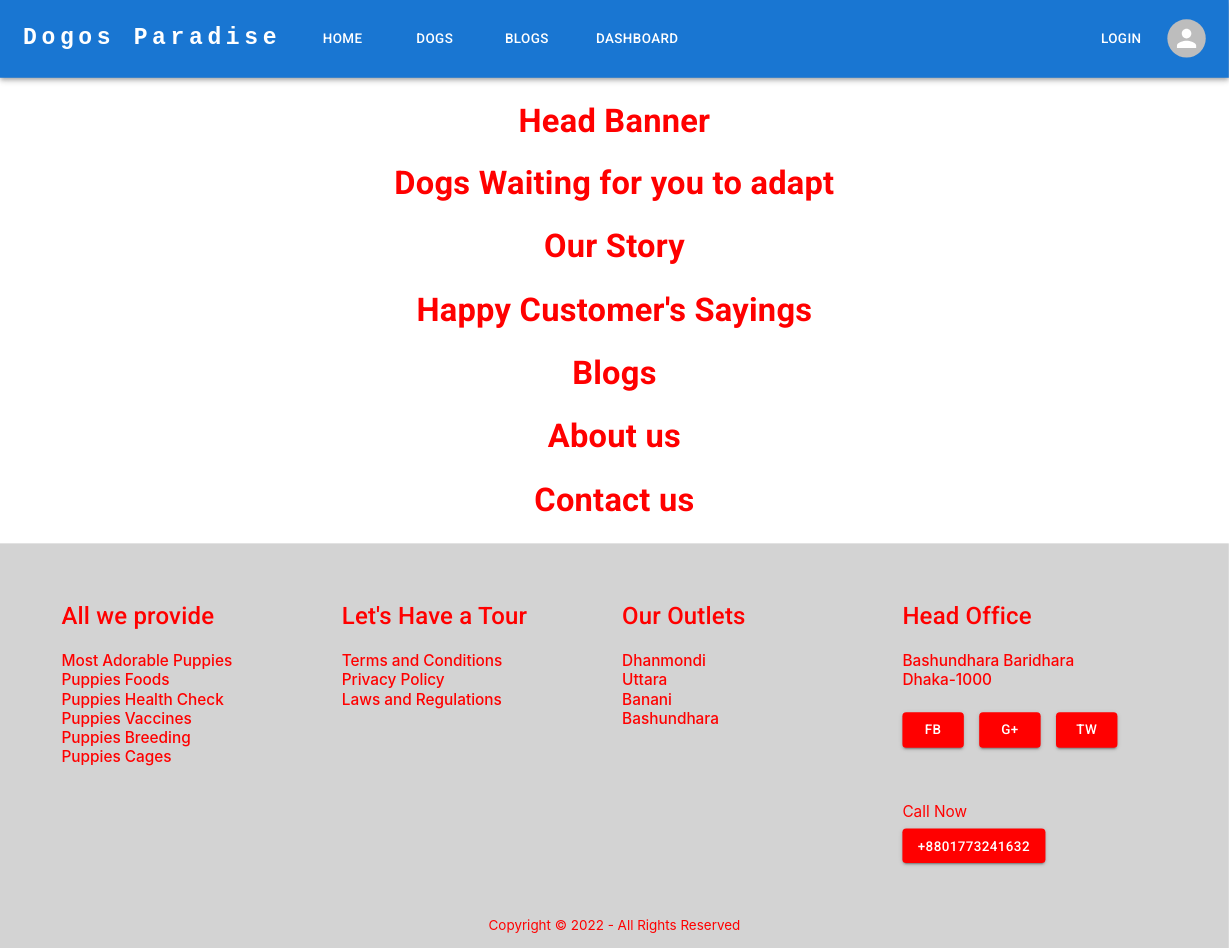
Repository: Sharif-00112/dogos-paradise-client
Page: /
An editor plug-in stored every save of this project. The page is shown before and after the next save, followed by the edit.
The browser window is 1280 px wide. The pictures show the whole page, at 96% of full size.
The page's requests for data from a server got no answer. The project was rebuilt for these pictures with package versions that can differ from the ones it lists, and the page was loaded fresh each time. Some packages were replaced by stand-ins written for this rebuild. No one was signed in, and anything a server would have sent is missing. Also part of the build but not shown: src/Pages/Login/Login/Login.js, src/Pages/Login/Register/Register.js, src/Pages/NotFound/NotFound.js.

Above is the page before, as saved 2022-12-01 22:52:45.

After the next save:
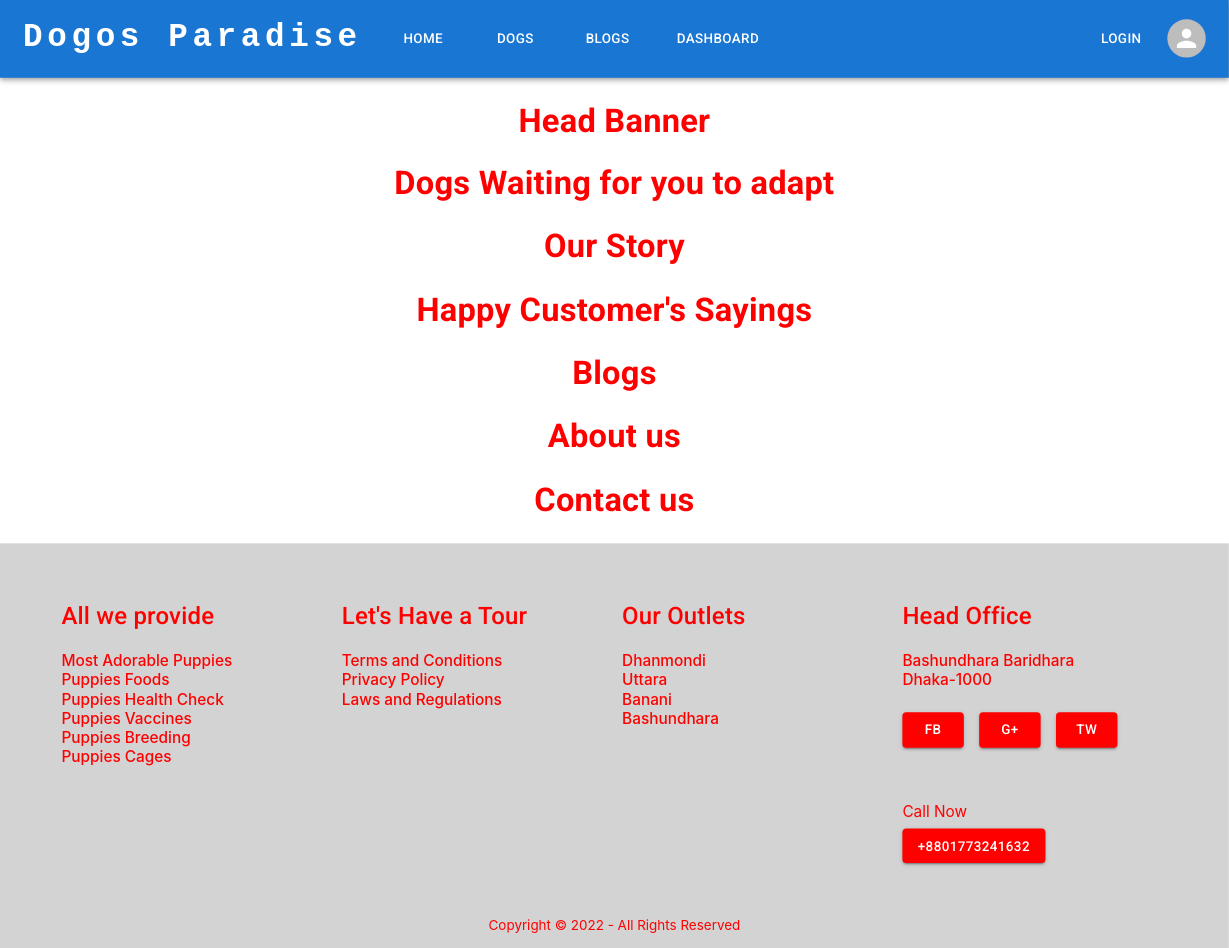
Saved 11 s later.
--- a/src/Pages/Shared/Navigation/Navigation.js
+++ b/src/Pages/Shared/Navigation/Navigation.js
@@ -91,7 +91,7 @@ const Navigation = () => {
                     <Toolbar disableGutters>
                     {/* <AdbIcon sx={{ display: { xs: 'none', md: 'flex' }, mr: 1 }} /> */}
                     <Typography
-                        variant="h5"
+                        variant="h4"
                         noWrap
                         component="a"
                         href="/"
